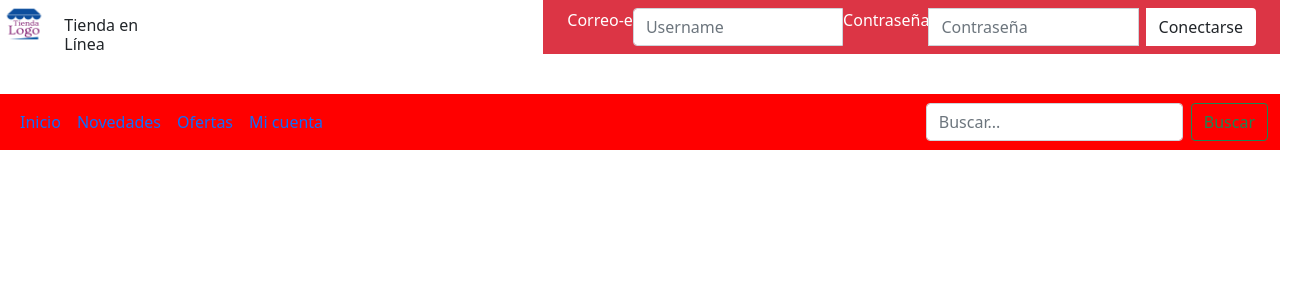
Repository: nicorp00/bootstrapSass
Page: Main/index.html
These files come from the project's save history. The page is drawn as it stood at one moment and after the next save; the edit follows.
The browser window is 1280 px wide. The page is 1292 px wide, so the pictures cover 1292 px, including what lies to the right of the window. The pictures show the whole page.
The style sheet was rebuilt from its Sass, Less or Tailwind sources for each picture, by a compiler version that may differ from the author's.

Above is the page before, as saved 2022-03-25 11:14:56.

### Main/index.html
<!DOCTYPE html>
<html lang="en">
<head>
    <meta charset="UTF-8">
    <meta http-equiv="X-UA-Compatible" content="IE=edge">
    <meta name="viewport" content="width=device-width, initial-scale=1.0">
    <title>Document</title>
    <link rel="stylesheet" href="css/style.css">
    <link rel="stylesheet" href="css/bootstrap.min.css">
</head>
<body>
    <section class="section__top row">
        <div class="col-2">
            <div class="card mb-3 border-0" style="max-width: 540px;">
                <div class="row g-0">
                  <div class="col-md-3">
                    <img src="img/logo.png" class="img-fluid rounded-start" alt="...">
                  </div>
                  <div class="col-md-9">
                    <div class="card-body">
                      <h6 class="card-title">Tienda en Línea</h6>
                    </div>
                  </div>
                </div>
              </div>
        </div>
        <div class="col-3"></div>
        <div class="top-nav col-7">
            <nav class="navbar navbar-danger bg-danger">
                <form class="container-fluid">
                  <div class="input-group">
                    <!--<span class="input-group-text" id="basic-addon1">@</span>-->
                    Correo-e<input type="text" class="form-control" placeholder="Username" aria-label="Correo@" aria-describedby="basic-addon1">
                    Contraseña<input class="form-control me-2" type="search" placeholder="Contraseña" aria-label="Search">
                    <button class="btn btn-outline" type="submit">Conectarse</button>
                  </div>
                </form>
              </nav>
        </div>
    </section>

    <section class="section__nav">
        <nav class="navbar navbar-expand-lg">
            <div class="container-fluid">
              <button class="navbar-toggler" type="button" data-bs-toggle="collapse" data-bs-target="#navbarSupportedContent" aria-controls="navbarSupportedContent" aria-expanded="false" aria-label="Toggle navigation">
                <span class="navbar-toggler-icon"></span>
              </button>
              <div class="collapse navbar-collapse" id="navbarSupportedContent">
                <ul class="navbar-nav me-auto mb-2 mb-lg-0">
                  <li class="nav-item">
                    <a class="nav-link active" aria-current="page" href="#">Inicio</a>
                  </li>
                  <li class="nav-item">
                    <a class="nav-link" href="#">Novedades</a>
                  </li>
                  <li class="nav-item">
                    <a class="nav-link" href="#">Ofertas</a>
                  </li>
                  <li class="nav-item">
                    <a class="nav-link" href="#">Mi cuenta</a>
                  </li>
                </ul>
                <form class="d-flex">
                  <input class="form-control me-2" type="search" placeholder="Buscar..." aria-label="Search">
                  <button class="btn btn-outline-success" type="submit">Buscar</button>
                </form>
              </div>
            </div>
          </nav>
    </section>
    <script src="js/bootstrap.min.js"></script>
</body>
</html>

### Main/scss/style.scss
@use 'section__top';
@use 'section__nav';

### Main/scss/_section__top.scss
.section__top{
    span{
        margin-left: 20%;
    }
    form{
        color: white;
    }
    button{
        background-color: white;
    }
}

### Main/scss/_section__nav.scss
.section__nav{
    background-color: red;
}

Loaded but not shown: Main/css/bootstrap.min.css (library); Main/js/bootstrap.min.js (library)

After the next save:
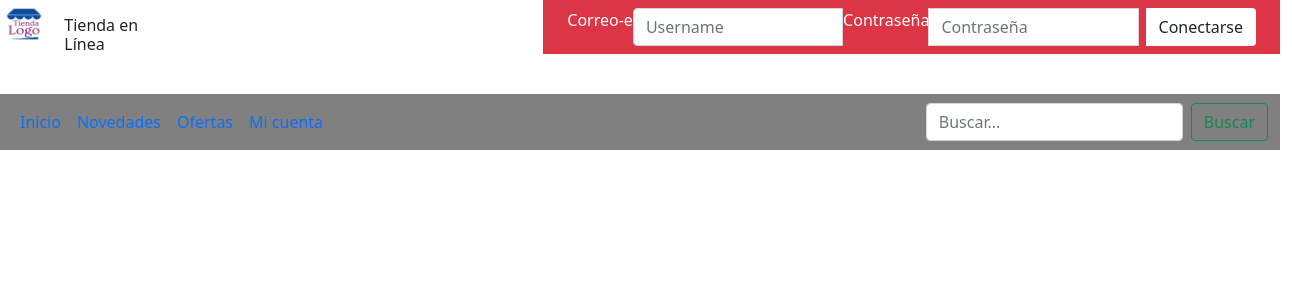
Saved 8 s later.
--- a/Main/scss/_section__nav.scss
+++ b/Main/scss/_section__nav.scss
@@ -1,3 +1,4 @@
 .section__nav{
-    background-color: red;
+    background-color: grey;
+    color: white;
 }
